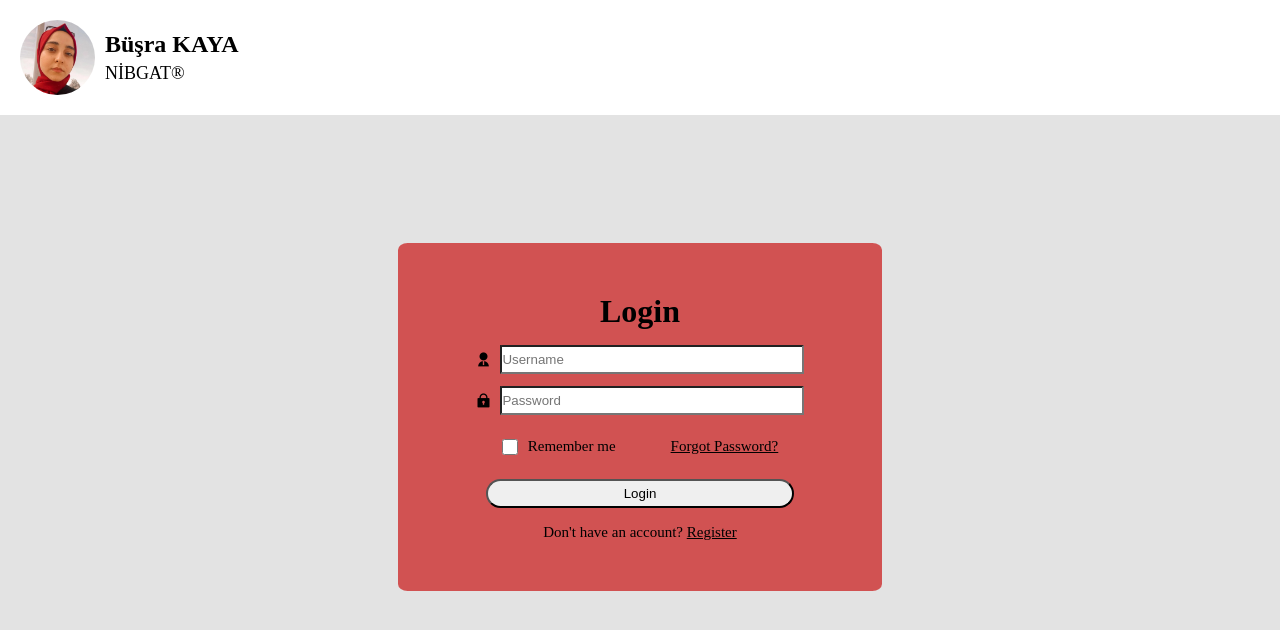
Repository: busra-kayaa/LoginPage
Page: login.html
The author's editor kept a copy of each file at every save. The page is drawn from the files as they stood at one save, then again after the next save.
The browser window is 1280 px wide. The pictures show the whole page.

Above is the page before, as saved 2024-01-05 18:09:10.

### login.html
<!DOCTYPE html>
<html>
    <head>
        <meta name="author" content="Büşra Kaya"/>
        <title>Login Page</title>
        <link
            rel="stylesheet"
            href="./style.css"
            type="text/css"
        />
        <link
            rel="stylesheet"
            href="https://cdnjs.cloudflare.com/ajax/libs/remixicon/3.5.0/remixicon.css"
            crossorigin=""
        />  <!--Remixicon ikon kitaplığını bağlamak için bir stil dosyasını içerir.-->

    </head>
    <body>
        <div class="header-container">
            <div
                class="header-left-side-container"
            >
                <img
                    src="./busra.jpg"
                    height="75px"
                    width="75px"
                    class="logo"
                />
                <div class="header-desc-container">
                    <span class="header-title">
                        Büşra KAYA
                    </span>
                    <span class="header-content">
                        NİBGAT®
                    </span>
                </div>
            </div>
        </div>
        <div class="login-from-container">
            <div class ="login-text"><h1>Login</h1></div>
            <div class="input-group1">
                <i class="ri-user-2-fill"></i>
                <input
                    type="text"
                    placeholder="Username"
                    class="input-text"
                    autocomplete="off"
                />
            </div>
            <div class="input-group2">
                <i class="ri-lock-2-fill"></i>
                <input
                    type="password"
                    placeholder="Password"
                    class="input-text"
                    autocomplete="off"
                />
            </div>
            <div class="login__check">
                <div class="login__check-box">
                   <input type="checkbox" class="login__check-input" id="user-check">
                   <label for="user-check" class="login__check-label">Remember me</label>
                </div>

                <a href="#" target="_blank" class="login__forgot">Forgot Password?</a>
             </div>

             <button onclick="alert('Başarıyla Giriş Yaptınız.')" type="submit" class="login__button">Login</button>

             <div class="login__register">
                Don't have an account? <a href="#"  target="_blank">Register</a>
             </div>
        </div>
    </body>
</html>

### style.css

* {
    padding: 0;
    margin: 0;
}

body {
    background-color: #e3e3e3;
}

.header-container {
    justify-content: space-between;
    background-color: #ffffff;
    flex-direction: row;
    align-items: center;
    padding: 20px;
    display: flex;
    margin-bottom: 10%;
}
.header-left-side-container {
    flex-direction: row;
    align-items: center;
    display: flex;
}

.logo {
    border-radius: 50%;
    margin-right: 10px;
}

.header-desc-container {
    display: flex;
    flex-direction: column;
}

.header-title {
    display: flex;
    flex-direction:column;
    font-weight: bold;
    font-size: 24px;
    margin-bottom: 5px;
}

.header-content {
    font-weight:normal;
    font-size: 18px;
    color:rgb(0, 0, 0);
}

.login-from-container {
    background-color: #d15252;
    display: flex;
    border-radius: 2%;
    flex-direction: column;
    align-items: center;
    text-align: center;
    margin: auto;
    width: 30%;
    padding: 50px;
}

.login-text {
    padding-bottom: 15px;
}

.input-group1 {
    display: grid;
    grid-template-columns: 1fr max-content;
    column-gap: .55rem;
    align-items: center;
    margin-bottom: 3%;
}

.input-group1 i {
    font-size: 100 200 px;
}

.input-group2 {
    display: grid;
    grid-template-columns: 1fr max-content;
    column-gap: .55rem;
    align-items: center;

}

.input-group2 i {
    font-size: 100 200 px;
}
.input-text {
    width: 300px;
    height: 25px;
    border-radius: 1%;
}

.login__check,
.login__check-box {
    display: flex;
    justify-content: space-between;
    align-items: center;
}

.login__check {
    font-size: 15px;
    margin-top: 1rem;
    margin-bottom: 1rem;
    gap: 55px;
}

.login__check-box {
    column-gap: 10px;
}

.login__check-input {
    width: 1rem;
    height: 2rem;
}

.login__forgot {
    color: black;
}

.login__forgot:hover {
    text-decoration: underline;
}

.login__button {
    width: 80%;
    padding: 5px;
    margin-bottom: 1rem;
    border-radius: 4rem;
    color: var(--black-color);
    font-weight: 500;
}

.login__button:hover {
    background-color: var(--highlight-color);
    color: var(--white-color);
}

.login__button:hover{
    opacity: 0.75;
    cursor: pointer;
}

.login__button:active{
    transform: translateY(2px);
}

.login__register {
    font-size: 15px;
    text-align: center;
}

.login__register a {
    color: var(--white-color);
    font-weight: 500;
}

.login__register a:hover {
    text-decoration: underline;
}

After the next save:
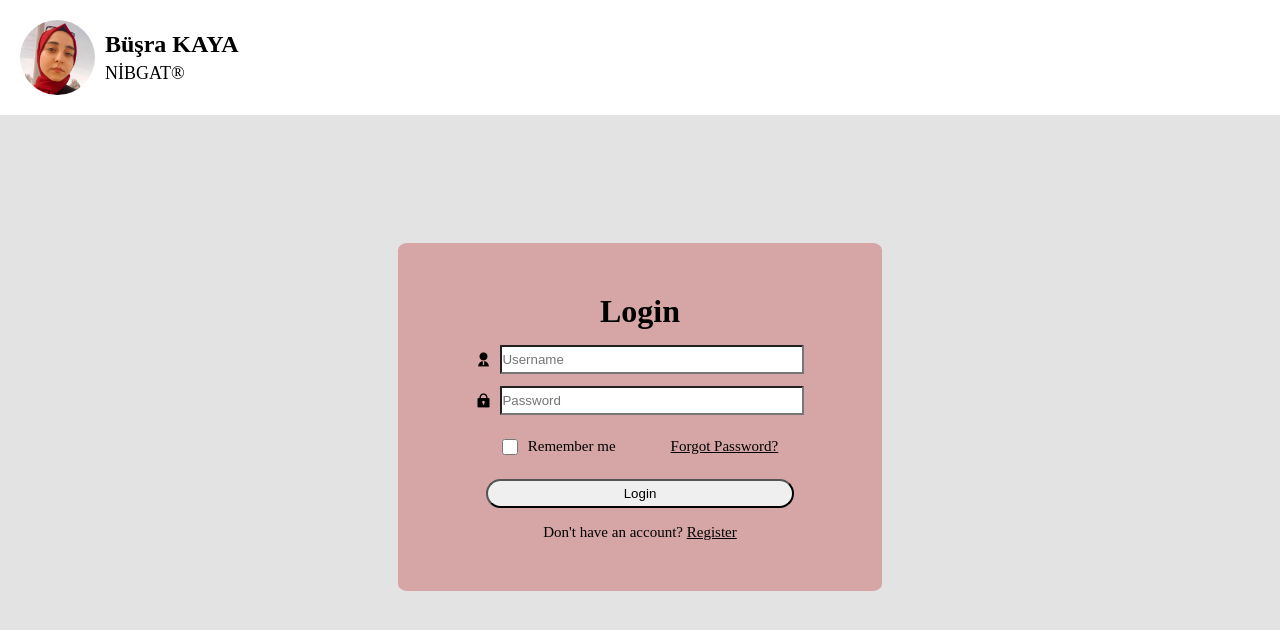
Saved 12 s later.
--- a/style.css
+++ b/style.css
@@ -48,7 +48,7 @@ body {
 }
 
 .login-from-container {
-    background-color: #d15252;
+    background-color: #d6a5a5;
     display: flex;
     border-radius: 2%;
     flex-direction: column;
